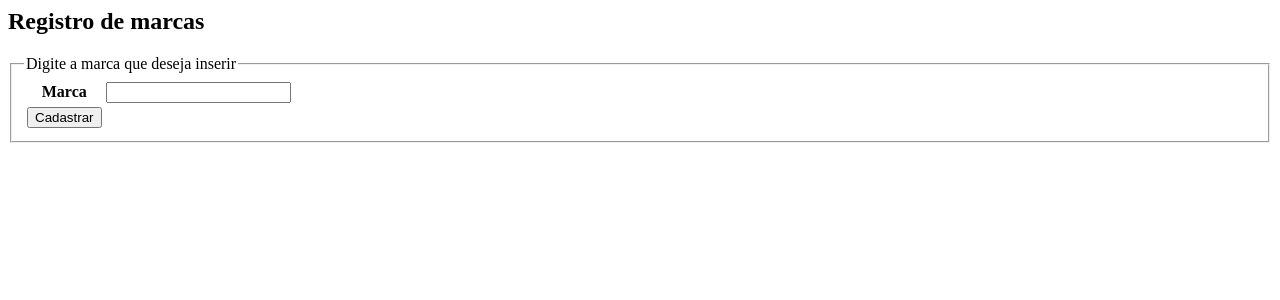
Repository: alysonrode/ProjetoTrilhaWeb
Page: ProjetoTrilhaWeb/WebContent/pages/admin/brands/index.html
The author's editor kept a copy of each file at every save. The page is drawn from the files as they stood at one save, then again after the next save.
The browser window is 1280 px wide. The pictures show the whole page.

Above is the page before, as saved 2019-10-30 00:50:15.

### ProjetoTrilhaWeb/WebContent/pages/admin/brands/index.html
<h2>Registro de marcas</h2>
<form name="frmInserirMarcas" id="inserirMarcas" class="frmInserir">
    <fieldset>
        <legend>Digite a marca que deseja inserir</legend>

        <table>

			<tr>
            <th> Marca </th>
            <td>
                <input type="text" name="marca">
            </td>
            </tr>
            <tr>
            <td>
            	<button type="button"> Cadastrar </button>
            </td>
            </tr>


        </table>

    </fieldset>
</form>

After the next save:
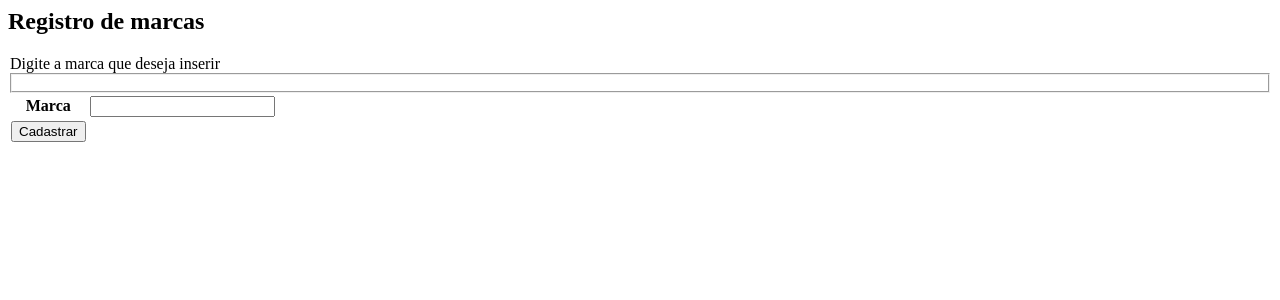
Saved 37 s later.
--- a/ProjetoTrilhaWeb/WebContent/pages/admin/brands/index.html
+++ b/ProjetoTrilhaWeb/WebContent/pages/admin/brands/index.html
@@ -1,10 +1,10 @@
 <h2>Registro de marcas</h2>
 <form name="frmInserirMarcas" id="inserirMarcas" class="frmInserir">
-    <fieldset>
+
         <legend>Digite a marca que deseja inserir</legend>
 
         <table>
-
+    <fieldset>
 			<tr>
             <th> Marca </th>
             <td>

After the 2 saves that followed:
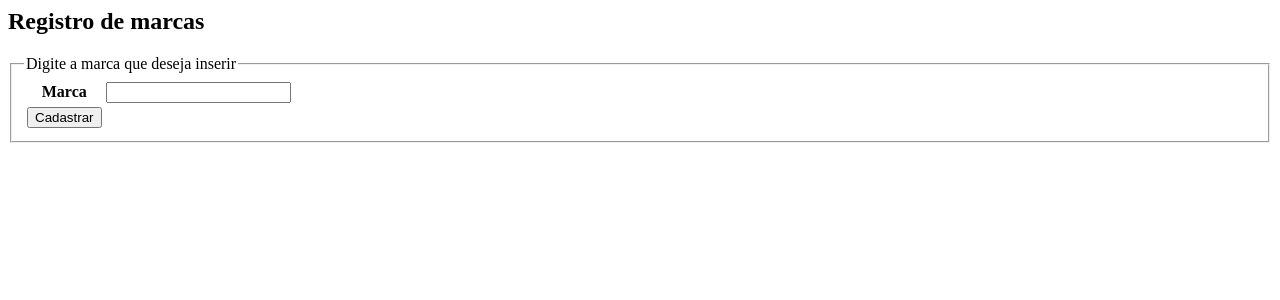
The 2 saves are shown as one change because 1 left the picture as it was.
The last was saved 44 s later.
--- a/ProjetoTrilhaWeb/WebContent/pages/admin/brands/index.html
+++ b/ProjetoTrilhaWeb/WebContent/pages/admin/brands/index.html
@@ -1,10 +1,10 @@
 <h2>Registro de marcas</h2>
 <form name="frmInserirMarcas" id="inserirMarcas" class="frmInserir">
-
+    <fieldset>
         <legend>Digite a marca que deseja inserir</legend>
 
         <table>
-    <fieldset>
+
 			<tr>
             <th> Marca </th>
             <td>
